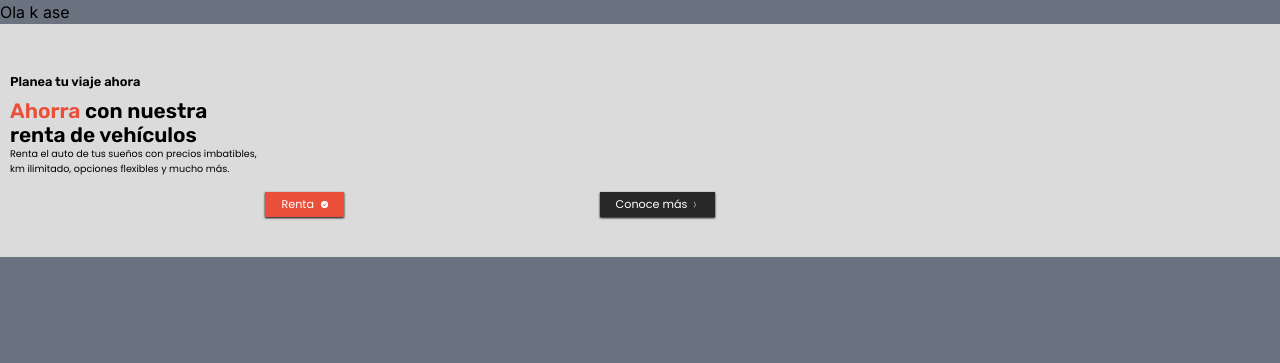
Repository: aldovelacasas/PF_RentCar2
Page: /homePage
These files come from the project's save history. The page is drawn as it stood at one moment and after the next save; the edit follows.
The browser window is 1280 px wide. The pictures show the whole page.
The project was rebuilt for these pictures with package versions that can differ from the ones it lists, and the page was loaded fresh each time. The framework's server and built-in components were replaced by stand-ins that run in the browser. Also part of the build but not shown: next.config.js.

Above is the page before, as saved 2023-08-29 19:42:06.

After the next save:
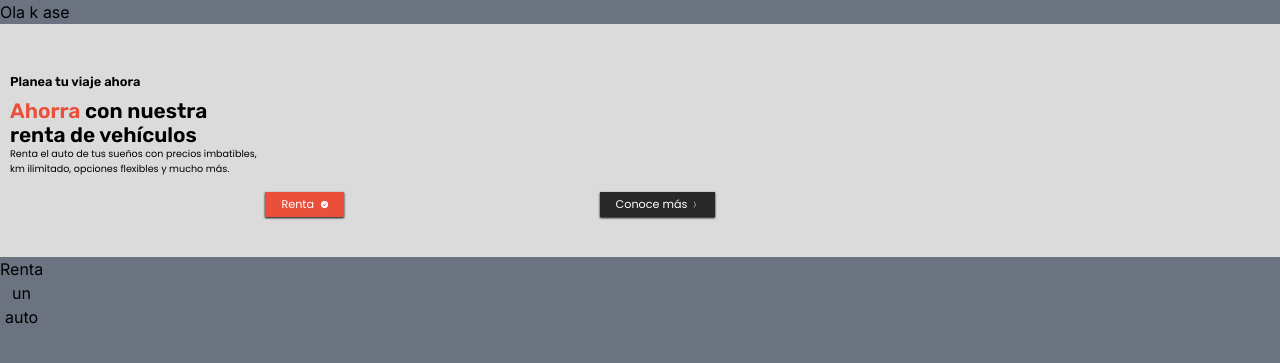
Saved 111 s later.
--- a/src/app/homePage/page.jsx
+++ b/src/app/homePage/page.jsx
@@ -15,31 +15,38 @@ const rubik = fontRubik.className;
 
 function HomePage() {
   return (
-    <header className={`bg-gris_fondo ${rubik} space-y-0 space-x-2.5`}>
-      <p className={`pt-12 ml-2.5 text-[0.8em] mb-2`}>Planea tu viaje ahora</p>
-      <p className="text-[1.3em]  leading-6">
-        <span className="text-naranja_enf">Ahorra </span>
-        con nuestra
-      </p>
-      <p className="text-[1.3em] leading-6">renta de vehículos</p>
-      <p className={`${poppins} text-[0.6em] mt-2`}>
-        Renta el auto de tus sueños con precios imbatibles,
-      </p>
-      <p className={`${poppins} text-[0.6em] pb-4`}>
-        km ilimitado, opciones flexibles y mucho más.
-      </p>
-      <div className="flex place-content-evenly w-3/4 mt-3 pb-10">
-        <button
-          className={`bg-naranja_enf text-white text-[0.7em] px-4 py-1 ${poppins} shadow-sm shadow-black hover:shadow-md hover:shadow-black active:shadow-inner active:shadow-black`}>
-          Renta <BsCheckCircleFill className="inline pl-1" />
-        </button>
-        <button
-          className={`bg-negro_fondo text-white text-[0.7em] px-4 py-1 ${poppins} shadow-sm shadow-black hover:shadow-md hover:shadow-black active:shadow-inner active:shadow-black`}>
-          Conoce más
-          <BsChevronCompactRight className="inline pl-1 stroke-slate-100 pr-0 mr-0" />
-        </button>
-      </div>
-    </header>
+    <>
+      <header className={`bg-gris_fondo ${rubik} space-y-0 space-x-2.5`}>
+        <p className={`pt-12 ml-2.5 text-[0.8em] mb-2`}>
+          Planea tu viaje ahora
+        </p>
+        <p className="text-[1.3em]  leading-6">
+          <span className="text-naranja_enf">Ahorra </span>
+          con nuestra
+        </p>
+        <p className="text-[1.3em] leading-6">renta de vehículos</p>
+        <p className={`${poppins} text-[0.6em] mt-2`}>
+          Renta el auto de tus sueños con precios imbatibles,
+        </p>
+        <p className={`${poppins} text-[0.6em] pb-4`}>
+          km ilimitado, opciones flexibles y mucho más.
+        </p>
+        <div className="flex place-content-evenly w-3/4 mt-3 pb-10">
+          <button
+            className={`bg-naranja_enf text-white text-[0.7em] px-4 py-1 ${poppins} shadow-sm shadow-black hover:shadow-md hover:shadow-black active:shadow-inner active:shadow-black`}>
+            Renta <BsCheckCircleFill className="inline pl-1" />
+          </button>
+          <button
+            className={`bg-negro_fondo text-white text-[0.7em] px-4 py-1 ${poppins} shadow-sm shadow-black hover:shadow-md hover:shadow-black active:shadow-inner active:shadow-black`}>
+            Conoce más
+            <BsChevronCompactRight className="inline pl-1 stroke-slate-100 pr-0 mr-0" />
+          </button>
+        </div>
+      </header>
+      <form>
+        <caption className="">Renta un auto</caption>
+      </form>
+    </>
   );
 }
 
